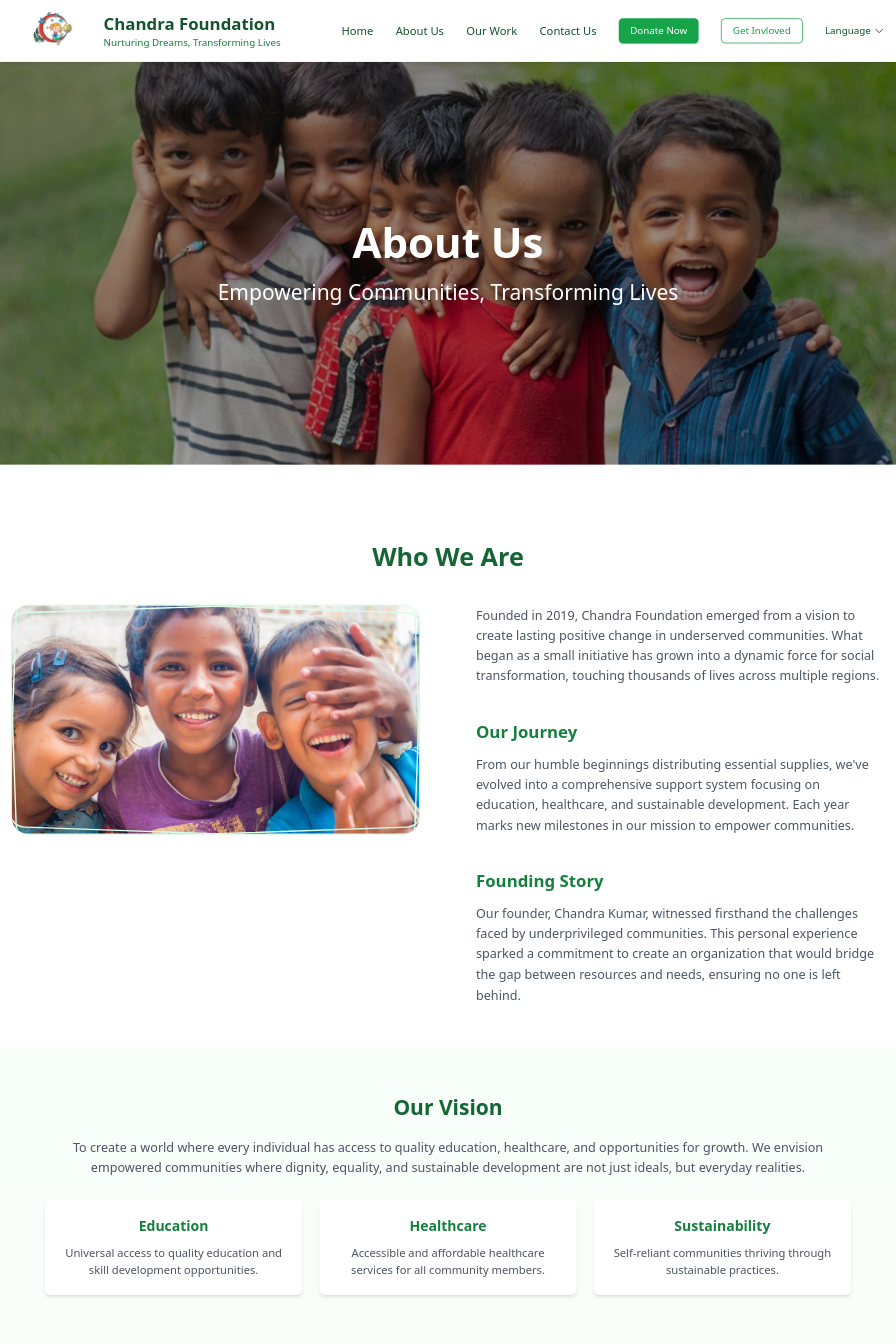
Repository: rajukumar2003/chandra-foundation
Page: /aboutus
The author's editor kept a copy of each file at every save. The page is drawn from the files as they stood at one save, then again after the next save.
The browser window is 1280 px wide. The pictures show the part of the page from y = 0 to 1920 px (the page is 3915 px tall), at 70% of full size.
The project was rebuilt for these pictures with package versions that can differ from the ones it lists, and the page was loaded fresh each time. The framework's server and built-in components were replaced by stand-ins that run in the browser. Also part of the build but not shown: next.config.ts.

Above is the page before, as saved 2025-01-30 14:52:31.

After the next save:
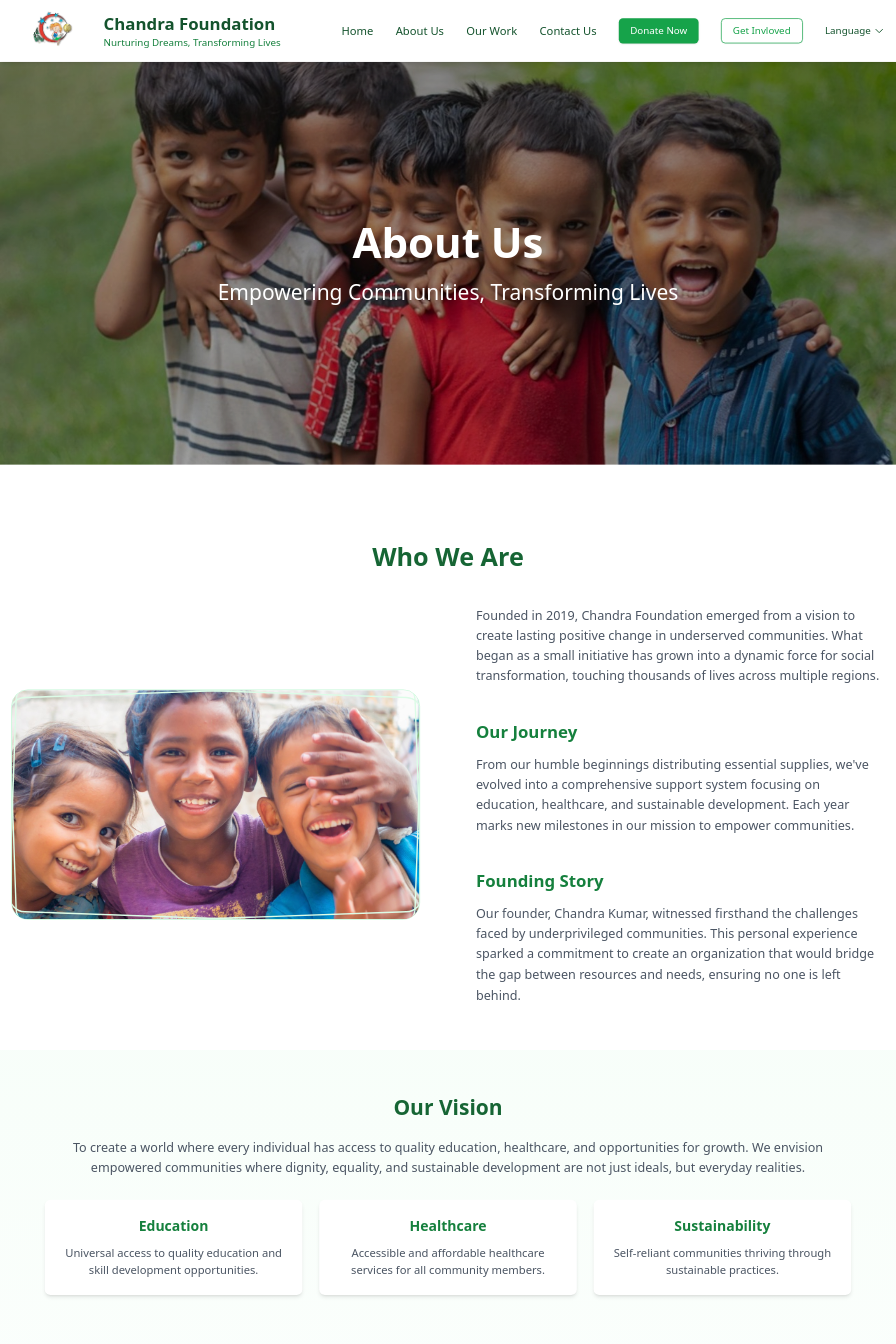
Saved 13 s later.
--- a/app/components/AboutIntro.tsx
+++ b/app/components/AboutIntro.tsx
@@ -10,7 +10,7 @@ export default function AboutUsIntro() {
         <div>
           <h2 className="text-4xl font-bold text-green-800 my-12 flex justify-center items-center">Who We Are</h2>
         </div>
-        <div className="grid lg:grid-cols-2 gap-12 lg:gap-20 items-start">
+        <div className="grid lg:grid-cols-2 gap-12 lg:gap-20 items-start flex items-center justify-center">
           {/* Left side - Image */}
           <motion.div
             initial={{ opacity: 0, x: -20 }}
